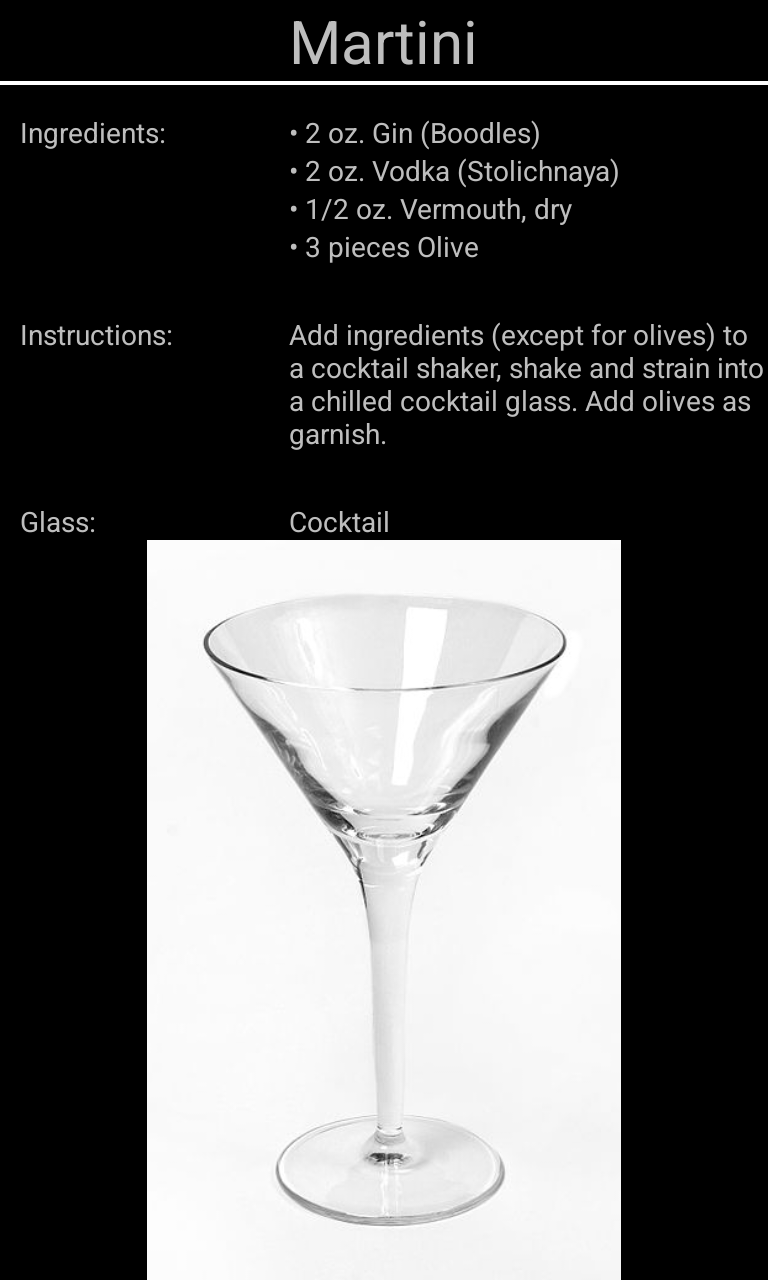
Repository: caltangelo/Drinkables
Layout: CocktailView/res/layout/main.xml
These files come from the project's save history. The layout is drawn as it stood at one moment and after the next save; the edit follows.
It is drawn on a 768 x 1280 px phone screen (xhdpi) without system bars, with theme android:Theme; the app's code is not run.

Above is the layout before, as saved 2011-09-22 22:14:41.

After the next save:
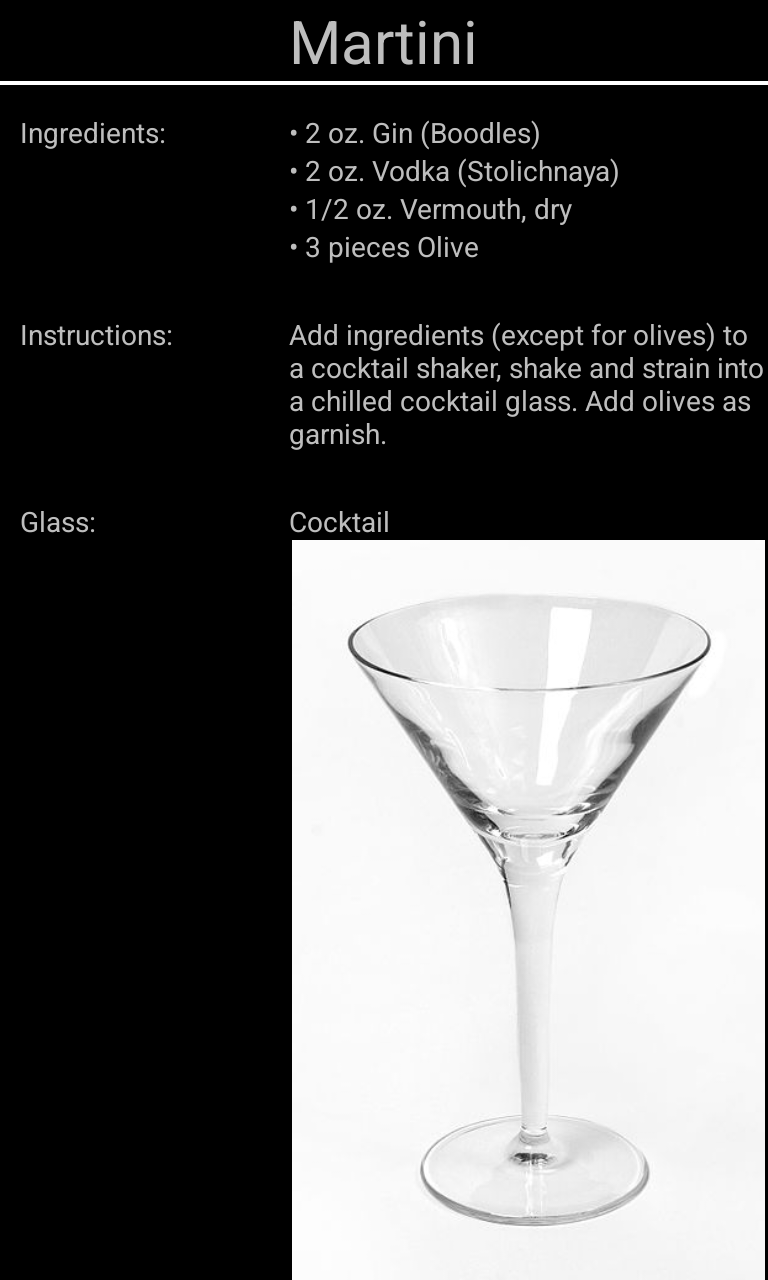
Saved 44 s later.
--- a/CocktailView/res/layout/main.xml
+++ b/CocktailView/res/layout/main.xml
@@ -63,7 +63,8 @@
 		android:layout_alignTop="@id/glass_label" android:layout_alignLeft="@+id/drinkname" />
 	<ImageView android:layout_height="wrap_content" android:id="@+id/imageView1"
 		android:src="@drawable/cocktail_glass" android:layout_width="wrap_content"
-		android:layout_alignParentBottom="true" android:layout_below="@id/glass_type"></ImageView>
+		android:layout_alignParentBottom="true" android:layout_below="@id/glass_type"
+		android:layout_alignLeft="@id/glass_type"></ImageView>
 
 
 </RelativeLayout>
